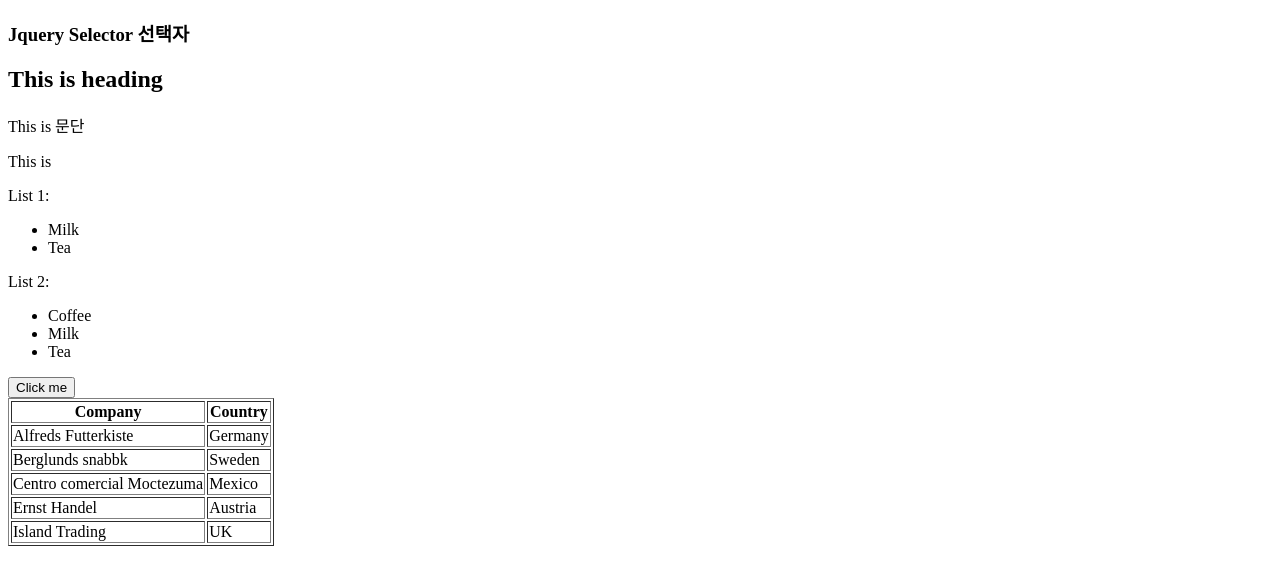
Repository: poomshen/team_03_project2
Page: Web_Jquery/WebContent/Ex03_Jquery_Basic.html
An editor plug-in stored every save of this project. The page is shown before and after the next save, followed by the edit.
The browser window is 1280 px wide. The pictures show the whole page.
After loading, the first visible `button` was clicked once.
Some web libraries are served in a nearby version.

Above is the page before, as saved 2016-09-01 07:13:52.

### Web_Jquery/WebContent/Ex03_Jquery_Basic.html
<!DOCTYPE html>
<html>
<head>
<meta charset="UTF-8">
<title>Insert title here</title>
<script src="https://ajax.googleapis.com/ajax/libs/jquery/3.1.0/jquery.min.js"></script>
<script type="text/javascript">
/*
선택자
http://www.w3schools.com/jquery/jquery_selectors.asp
http://www.w3schools.com/jquery/jquery_ref_selectors.asp
Syntax

Description

Example

$("*") Selects all elements Try it
$(this) Selects the current HTML element Try it
$("p.intro") Selects all <p> elements with class="intro" Try it
$("p:first") Selects the first <p> element Try it
$("ul li:first") Selects the first <li> element of the first <ul> Try it
$("ul li:first-child") Selects the first <li> element of every <ul> Try it


속성 선택자
$("[href]") Selects all elements with an href attribute Try it
$("a[target='_blank']") Selects all <a> elements with a target attribute value equal to "_blank" Try it
$("a[target!='_blank']") Selects all <a> elements with a target attribute value NOT equal to "_blank" Try it
$(":button") Selects all <button> elements and <input> elements of type="button" Try it
$("tr:even") Selects all even <tr> elements Try it
$("tr:odd") Selects all odd <tr> elements Try it
 */

 $(document).ready(function() {
 	//$('*').hide();
 	//$(this).hide();  자기자신
 	$('button').click(function() {
 		//$(this).hide();
 		//$('*').hide();
 		$('ul li:first').hide();
 	})
 });
 </script>
</head>
<body>
		<h3>Jquery Selector 선택자</h3>
		<h2>This is heading</h2>
		<p>This is 문단</p>
		<p>This is </p>
		<p>List 1:</p>
   <ul>
      <li>Coffee</li>
      <li>Milk</li>
      <li>Tea</li>
   </ul>
   <p>List 2:</p>
   <ul>
      <li>Coffee</li>
      <li>Milk</li>
      <li>Tea</li>
   </ul>
   <button>Click me</button>
   <table border="1">
      <tr>
         <th>Company</th>
         <th>Country</th>
      </tr>
      <tr>
         <td>Alfreds Futterkiste</td>
         <td>Germany</td>
      </tr>
      <tr>
         <td>Berglunds snabbk</td>
         <td>Sweden</td>
      </tr>
      <tr>
         <td>Centro comercial Moctezuma</td>
         <td>Mexico</td>
      </tr>
      <tr>
         <td>Ernst Handel</td>
         <td>Austria</td>
      </tr>
      <tr>
         <td>Island Trading</td>
         <td>UK</td>
      </tr>
   </table>
</body>
</html>

After the next save:
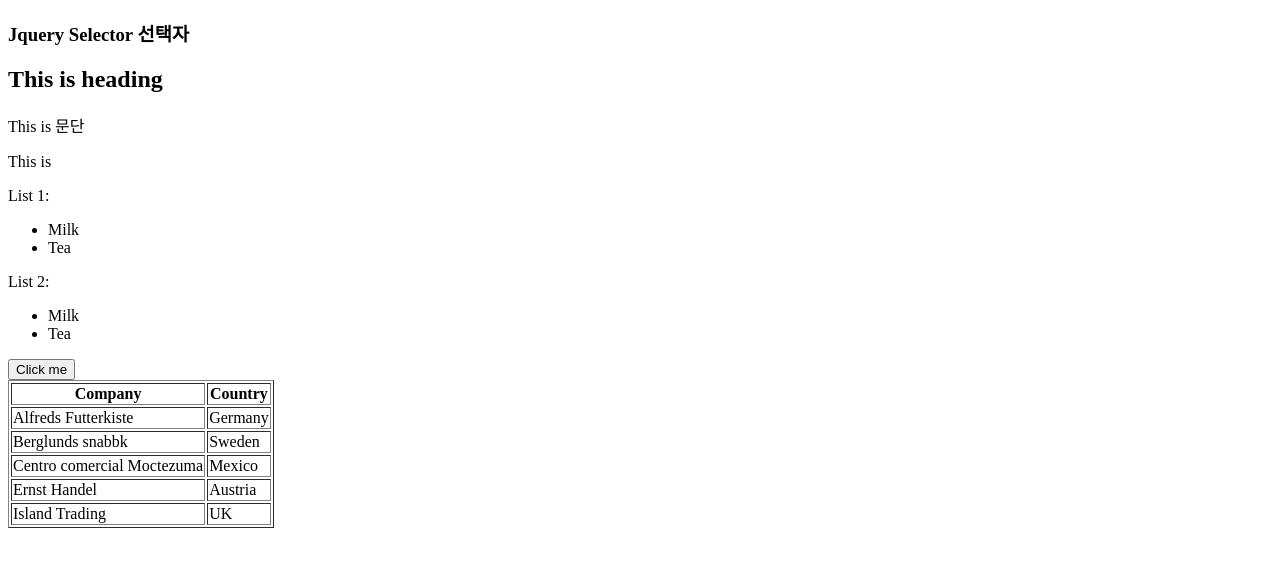
Saved 2 min 14 s later.
--- a/Web_Jquery/WebContent/Ex03_Jquery_Basic.html
+++ b/Web_Jquery/WebContent/Ex03_Jquery_Basic.html
@@ -38,7 +38,8 @@ $("tr:odd") Selects all odd <tr> elements Try it
  	$('button').click(function() {
  		//$(this).hide();
  		//$('*').hide();
- 		$('ul li:first').hide();
+ 		//$('ul li:first').hide();
+ 		$('ul li:first-child').hide();
  	})
  });
  </script>
